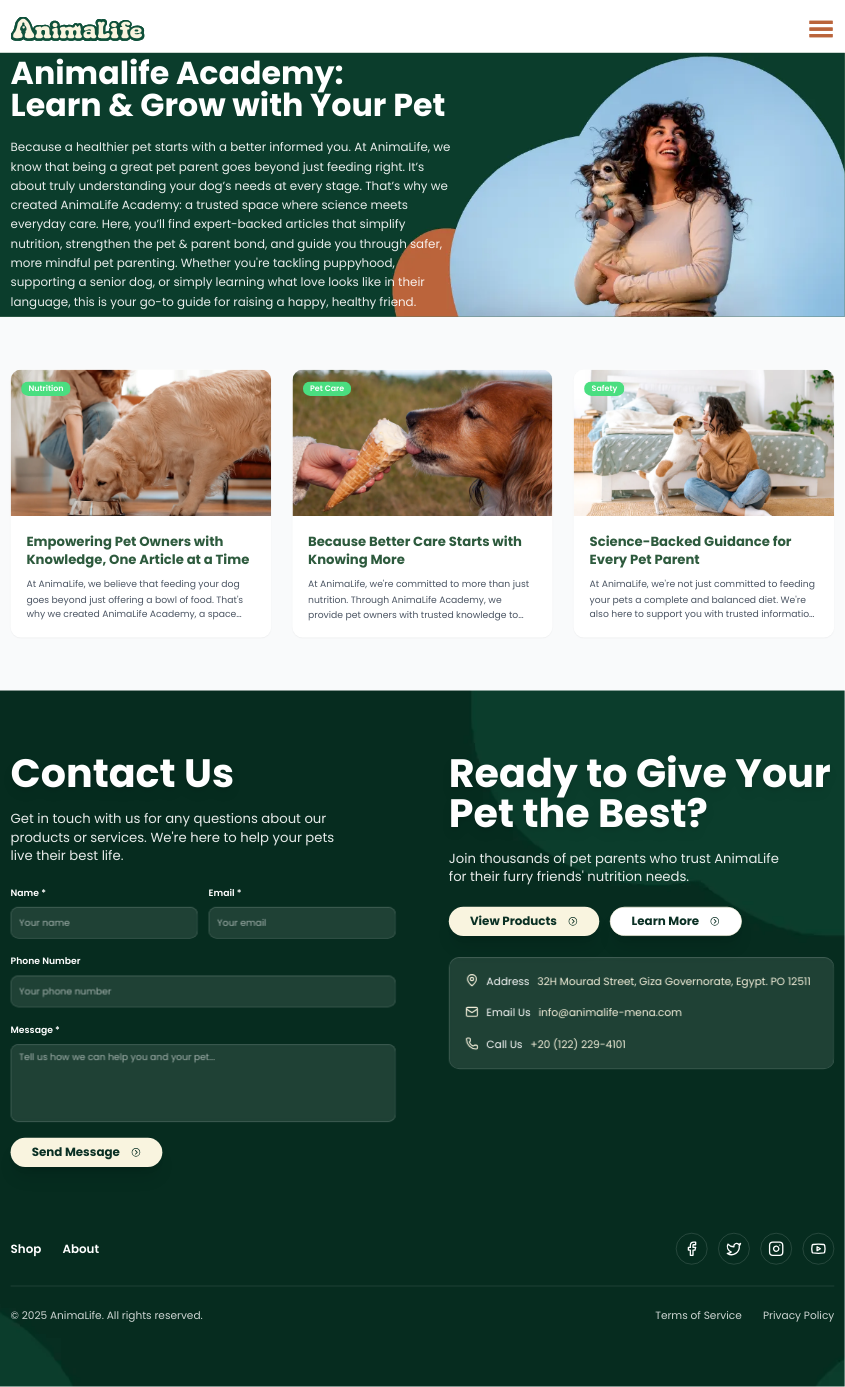
Repository: the-jupiteragency/animalife
Page: /academy
An editor plug-in stored every save of this project. The page is shown before and after the next save, followed by the edit.
The browser window is 1280 px wide. The pictures show the whole page, at 66% of full size.
The project was rebuilt for these pictures with package versions that can differ from the ones it lists, and the page was loaded fresh each time. The framework's server and built-in components were replaced by stand-ins that run in the browser. Also part of the build but not shown: next.config.mjs.

Above is the page before, as saved 2025-08-05 09:31:47.

After the next save:
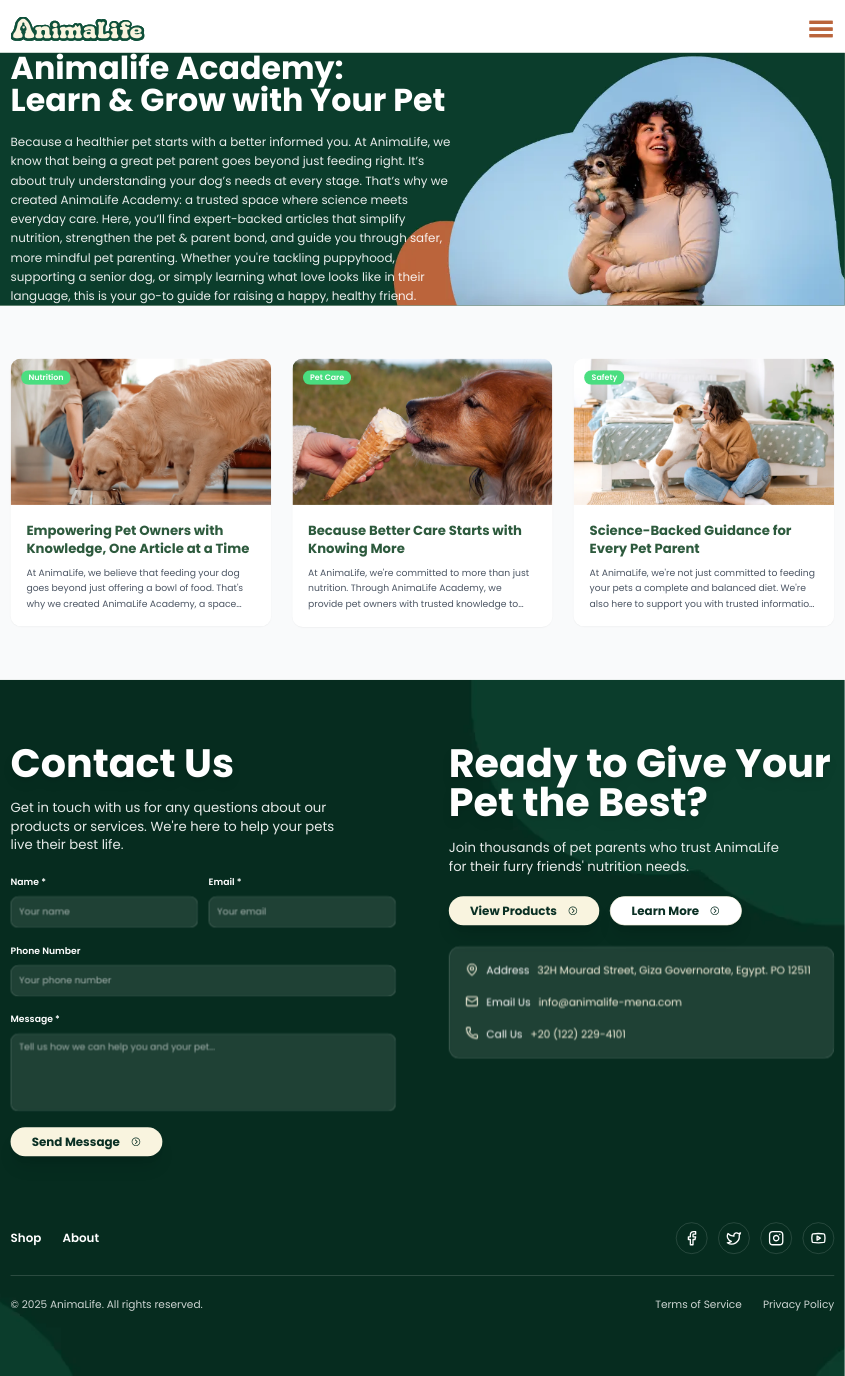
Saved 13 s later.
--- a/app/academy/page.tsx
+++ b/app/academy/page.tsx
@@ -18,7 +18,7 @@
       {/* Add top padding to account for fixed header */}
       <div className="pt-20">
         {/* Hero Banner Section */}
-        <section className="relative h-[400px] bg-[#2d5a3d] overflow-hidden">
+        <section className="relative h-full bg-[#2d5a3d] overflow-hidden">
           <div className="absolute inset-0">
             <Image
               src="/academy-banner.webp"
